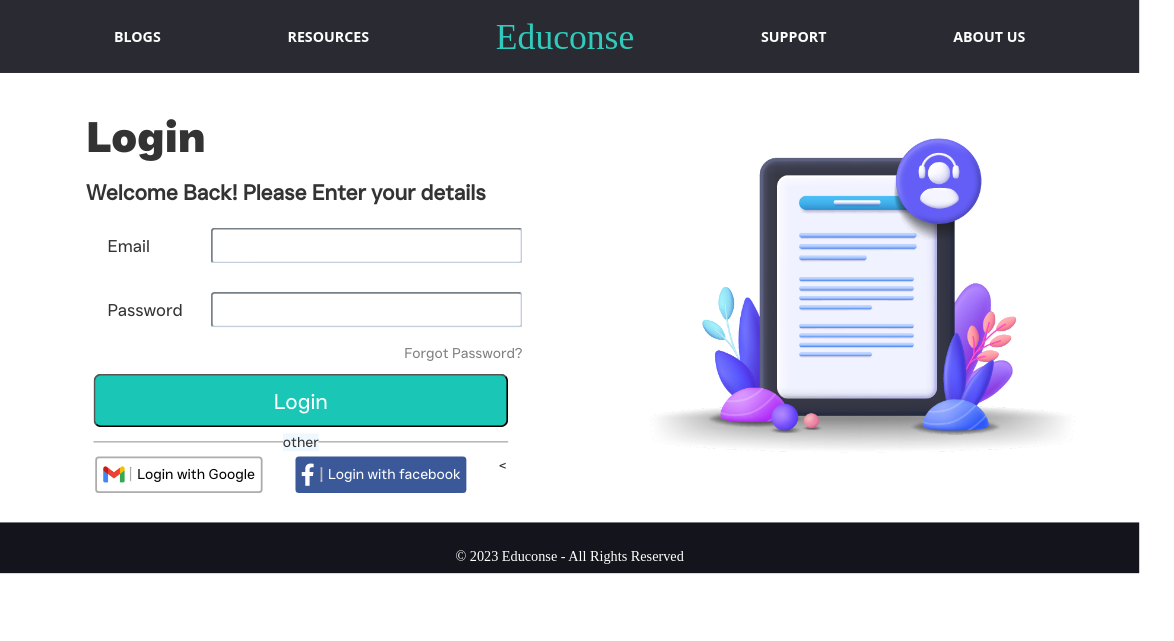
Repository: devajay07/educonse
Page: pages/login.html
These files come from the project's save history. The page is drawn as it stood at one moment and after a run of saves; the edit follows.
The browser window is 1280 px wide. The page is 1319 px wide, then 1280 px, then 1319 px, so the pictures cover 1319 px, including what lies to the right of the window. The pictures show the whole page, at 89% of full size.

Above is the page before, as saved 2023-10-15 03:39:11.

After the next 2 saves:
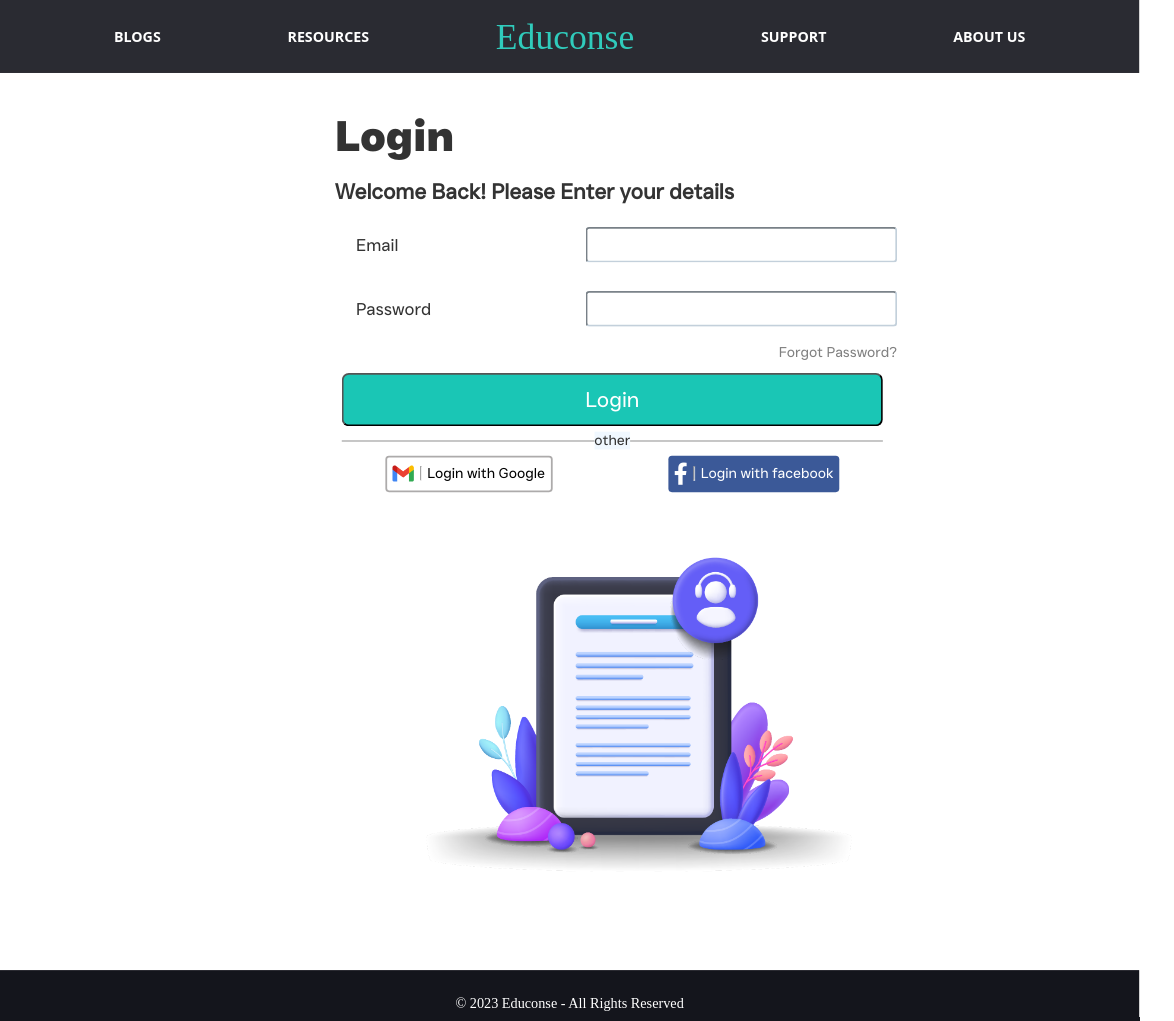
The 2 saves are shown as one change because they came seconds apart.
The last was saved 27 s later.
--- a/pages/login.html
+++ b/pages/login.html
@@ -52,8 +52,6 @@
             <hr>
             <p>Login with facebook</p>
           </div>
-          <
-        </div>
       </div>
       <div class="right-section">
 

After the 2 saves that followed:
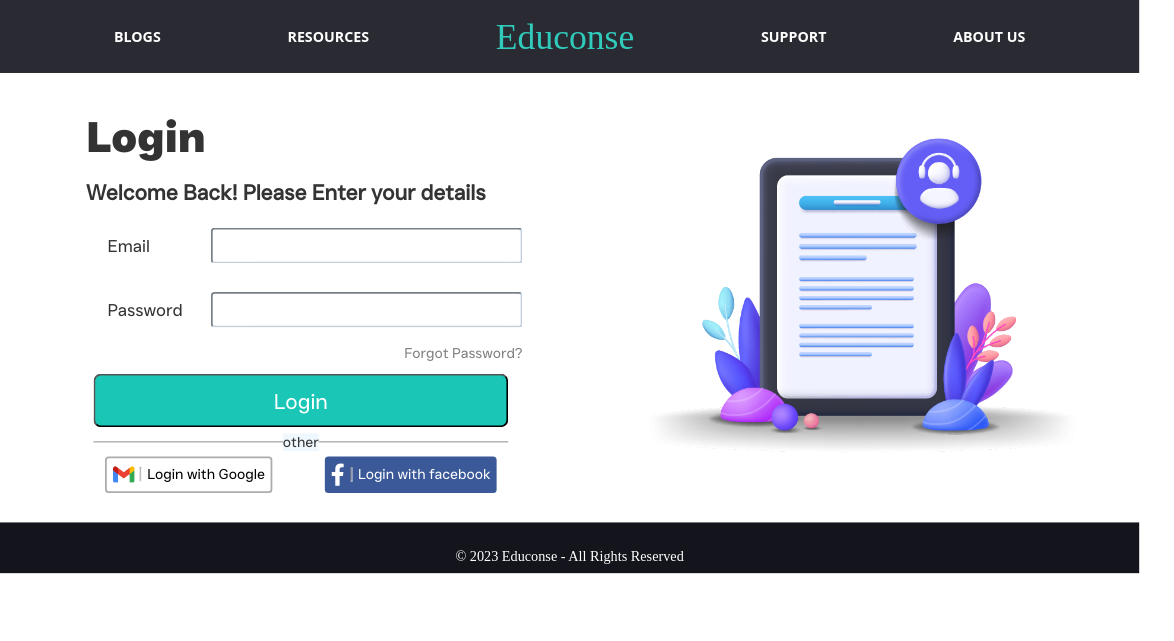
The 2 saves are shown as one change because they came seconds apart.
The last was saved 12 s later.
--- a/pages/login.html
+++ b/pages/login.html
@@ -53,6 +53,7 @@
             <p>Login with facebook</p>
           </div>
       </div>
+      </div>
       <div class="right-section">
 
         <img src="/images/login1.png" alt="Login Image" id="login-img">
